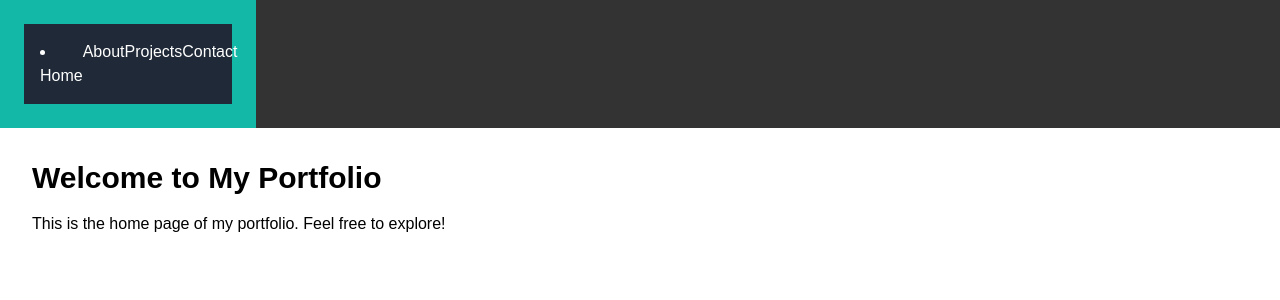
Repository: feyroozecode/feyroozecode.github.io
Page: index.html
The author's editor kept a copy of each file at every save. The page is drawn from the files as they stood at one save, then again after the next save.
The browser window is 1280 px wide. The pictures show the whole page.
Some web libraries are served in a nearby version.

Above is the page before, as saved 2023-11-30 21:27:49.

### index.html
<!DOCTYPE html>
<html lang="en">
<head>
  <meta charset="UTF-8">
  <meta name="viewport" content="width=device-width, initial-scale=1.0">
  <title>Portfolio SPA</title>
  <link rel="stylesheet" href="https://cdn.jsdelivr.net/npm/tailwindcss@2.2.19/dist/tailwind.min.css">
  <style>
    body {
      font-family: 'Arial', sans-serif;
      margin: 0;
      padding: 0;
    }

    header {
      background-color: #333;
    }

    nav {
      display: flex;
      justify-content: space-around;
      padding: 1rem;
    }

    nav a {
      color: white;
      text-decoration: none;
    }

    main {
      padding: 2rem;
    }
  </style>
     <script src="https://cdn.tailwindcss.com"></script>
</head>
</head>
<body>

    <!-- sidebar-->
<header class="text-white">
    <aside class="bg-teal-500 w-64 p-6">
    <nav class="bg-gray-800">
        <li>
            <a href="#" onclick="navigateTo('home')">Home</a>
        </li>
        <a href="#" onclick="navigateTo('about')">About</a>
        <a href="#" onclick="navigateTo('projects')">Projects</a>
        <a href="#" onclick="navigateTo('contact')">Contact</a>
    </nav>
    </aside>
</header>

<main id="app">
  <!-- Content will be dynamically updated here -->
</main>

<script>
  function navigateTo(page) {
    switch (page) {
      case 'home':
        renderHome();
        break;
      case 'about':
        renderAbout();
        break;
      case 'projects':
        renderProjects();
        break;
      case 'contact':
        renderContact();
        break;
      default:
        renderHome();
    }
  }

  function renderHome() {
    document.getElementById('app').innerHTML = `
      <h2 class="text-3xl font-bold mb-4">Welcome to My Portfolio</h2>
      <p>This is the home page of my portfolio. Feel free to explore!</p>
    `;
  }

  function renderAbout() {
    document.getElementById('app').innerHTML = `
      <h2 class="text-3xl font-bold mb-4">About Me</h2>
      <p>This is the about me section of my portfolio. Learn more about who I am and my skills.</p>
    `;
  }

  function renderProjects() {
    document.getElementById('app').innerHTML = `
      <h2 class="text-3xl font-bold mb-4">My Projects</h2>
      <p>Explore the projects I have worked on in this section.</p>
    `;
  }

  function renderContact() {
    document.getElementById('app').innerHTML = `
      <h2 class="text-3xl font-bold mb-4">Contact Me</h2>
      <p>Feel free to contact me through the provided information.</p>
    `;
  }

  // Initial load
  navigateTo('home');
</script>

</body>
</html>

After the next save:
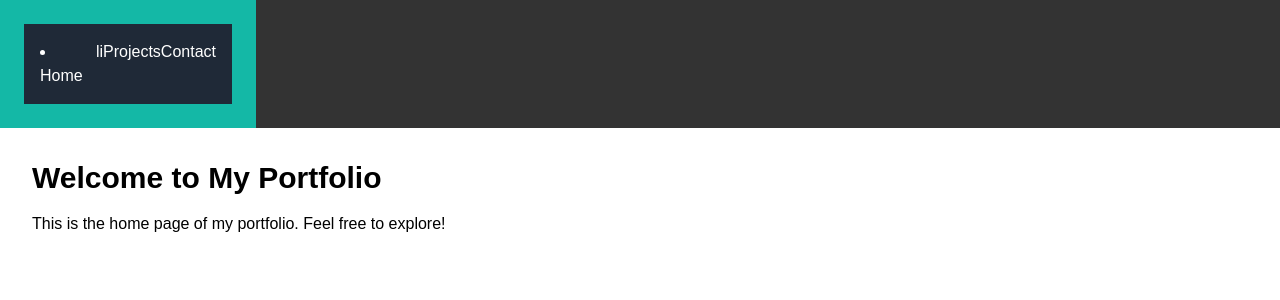
Saved 5 s later.
--- a/index.html
+++ b/index.html
@@ -43,7 +43,7 @@
         <li>
             <a href="#" onclick="navigateTo('home')">Home</a>
         </li>
-        <a href="#" onclick="navigateTo('about')">About</a>
+       li
         <a href="#" onclick="navigateTo('projects')">Projects</a>
         <a href="#" onclick="navigateTo('contact')">Contact</a>
     </nav>
